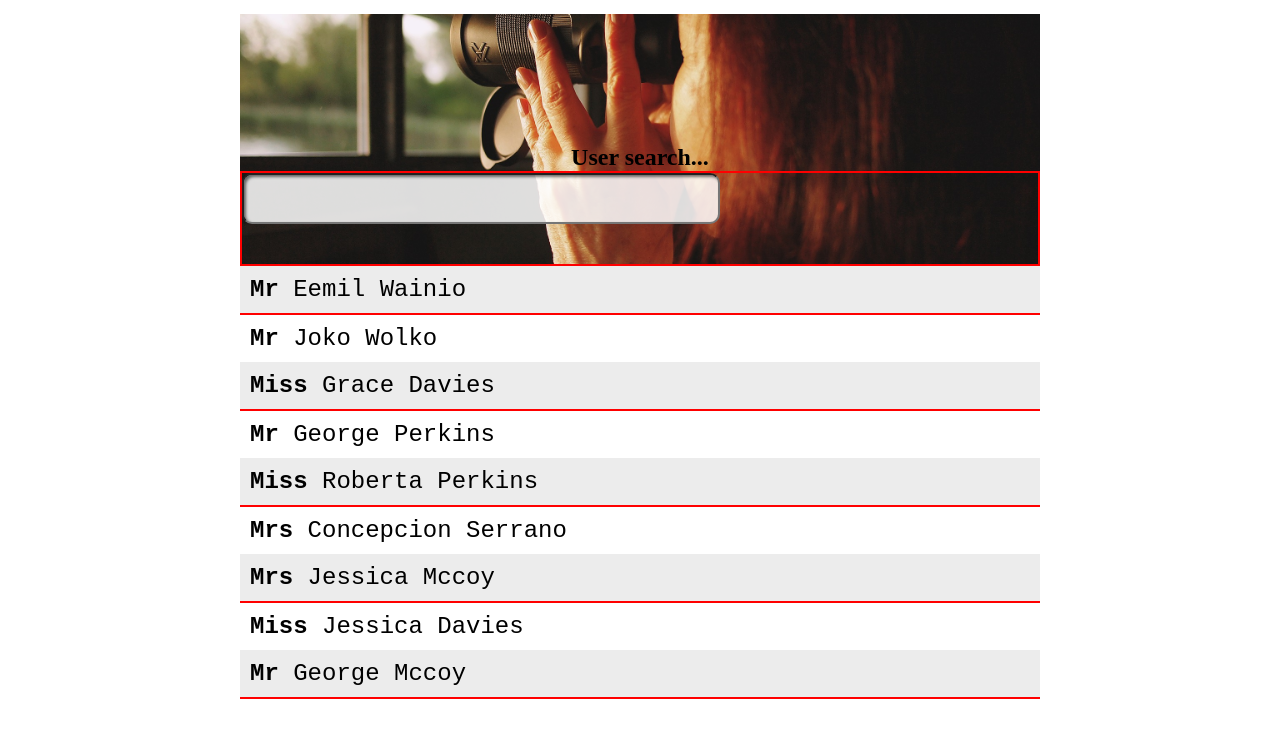
Repository: KrzysKolo/sr_tydzien5_zad4
Page: /
These files come from the project's save history. The page is drawn as it stood at one moment and after the next save; the edit follows.
The browser window is 1280 px wide. The pictures show the whole page.
The project was rebuilt for these pictures with package versions that can differ from the ones it lists, and the page was loaded fresh each time.

Above is the page before, as saved 2021-01-03 05:39:39.

After the next save:
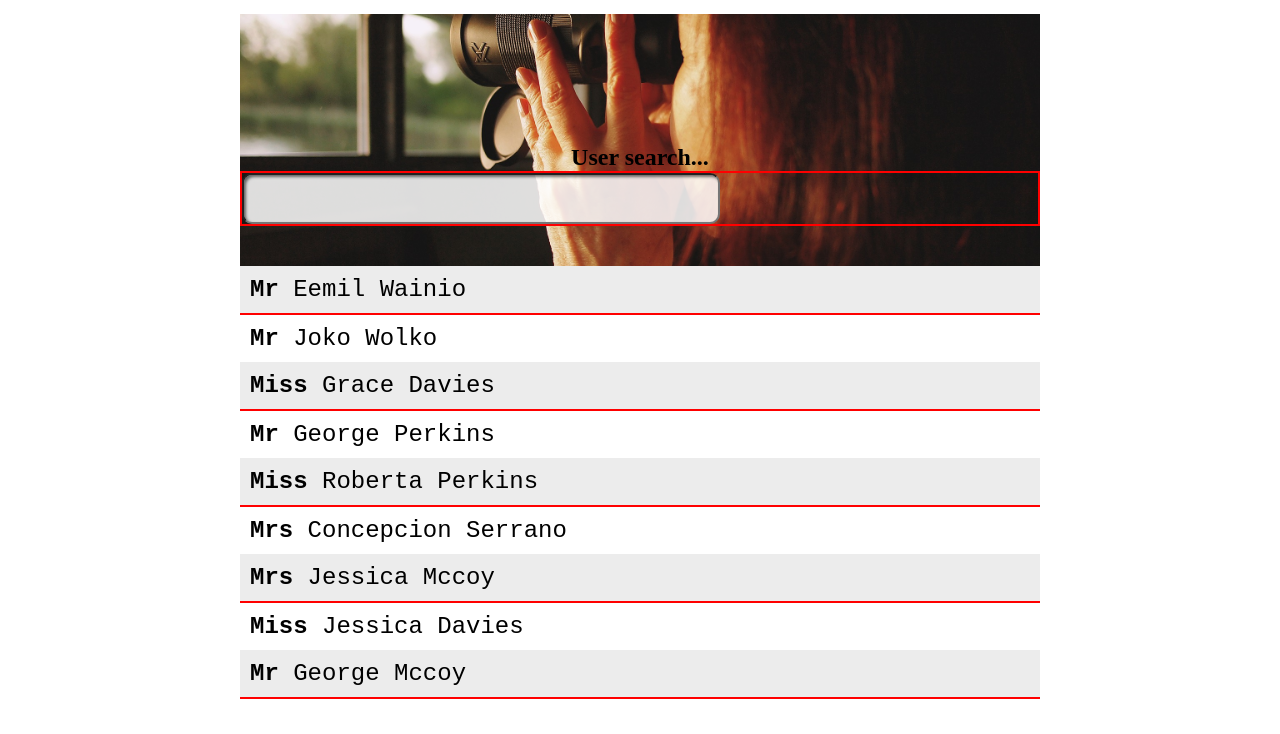
Saved 22 s later.
--- a/src/App.css
+++ b/src/App.css
@@ -27,10 +27,10 @@ section {
 .header__search-wrapper {
   width: 100%;
   border: 2px solid red;
+  margin-bottom: 40px;
 }
 .header__search {
   padding: 10px 20px;
-  margin-bottom: 40px;
   width: 60%;
   border-radius: 10px;
   background-color: rgba(255, 255, 255, 0.85);
